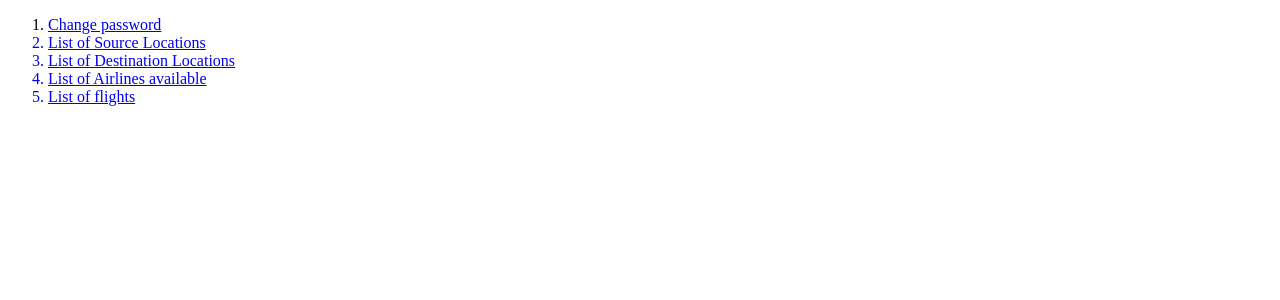
Repository: Pranathi99/FlyAway
Page: FlyAway/src/main/webapp/adminHome.html
These files come from the project's save history. The page is drawn as it stood at one moment and after the next save; the edit follows.
The browser window is 1280 px wide. The pictures show the whole page.

Above is the page before, as saved 2023-03-25 19:38:30.

### FlyAway/src/main/webapp/adminHome.html
<!DOCTYPE html>
<html>
<head>
<meta charset="ISO-8859-1">
<title>FlyAway</title>
</head>
<body>
	<ol>
		<li><a href="changePassword.jsp"/>Change password</li>
		<li>List of Source Locations</li>
		<li>List of Destination Locations</li>
		<li>List of Airlines available</li>
		<li>List of flights</li>
	</ol>
</body>
</html>

After the next save:
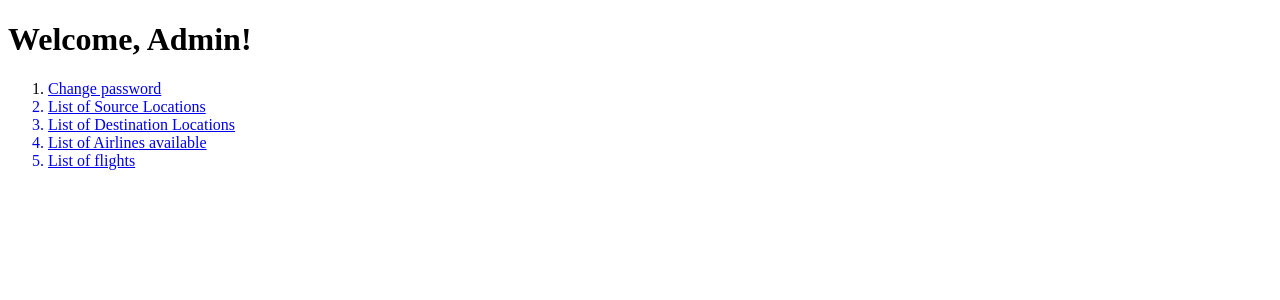
Saved 54 s later.
--- a/FlyAway/src/main/webapp/adminHome.html
+++ b/FlyAway/src/main/webapp/adminHome.html
@@ -5,6 +5,7 @@
 <title>FlyAway</title>
 </head>
 <body>
+<h1>Welcome, Admin!</h1>
 	<ol>
 		<li><a href="changePassword.jsp"/>Change password</li>
 		<li>List of Source Locations</li>
